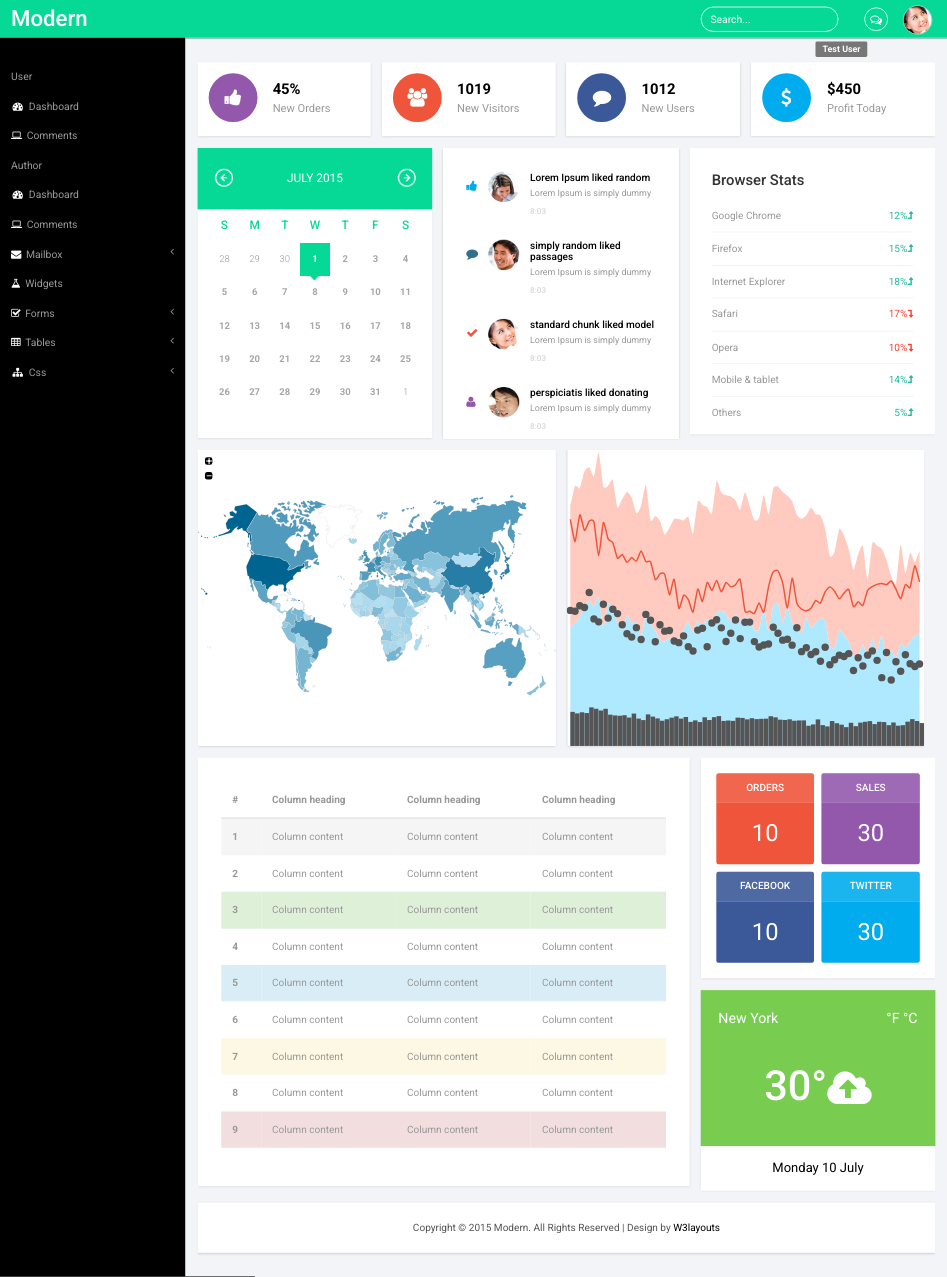
Repository: NomanMustafa/laravel-blog
Page: http://localhost/dashboard
The author's editor kept a copy of each file at every save. The page is drawn from the files as they stood at one save, then again after the next save.
The browser window is 1280 px wide. The pictures show the whole page, at 74% of full size.
The page is served by the project's Laravel application, run on PHP 8.4 with Laravel 8. A made-up administrator, Test User (test@example.com), is signed in.

Above is the page before, as saved 2020-07-05 00:49:42.

After the next save:
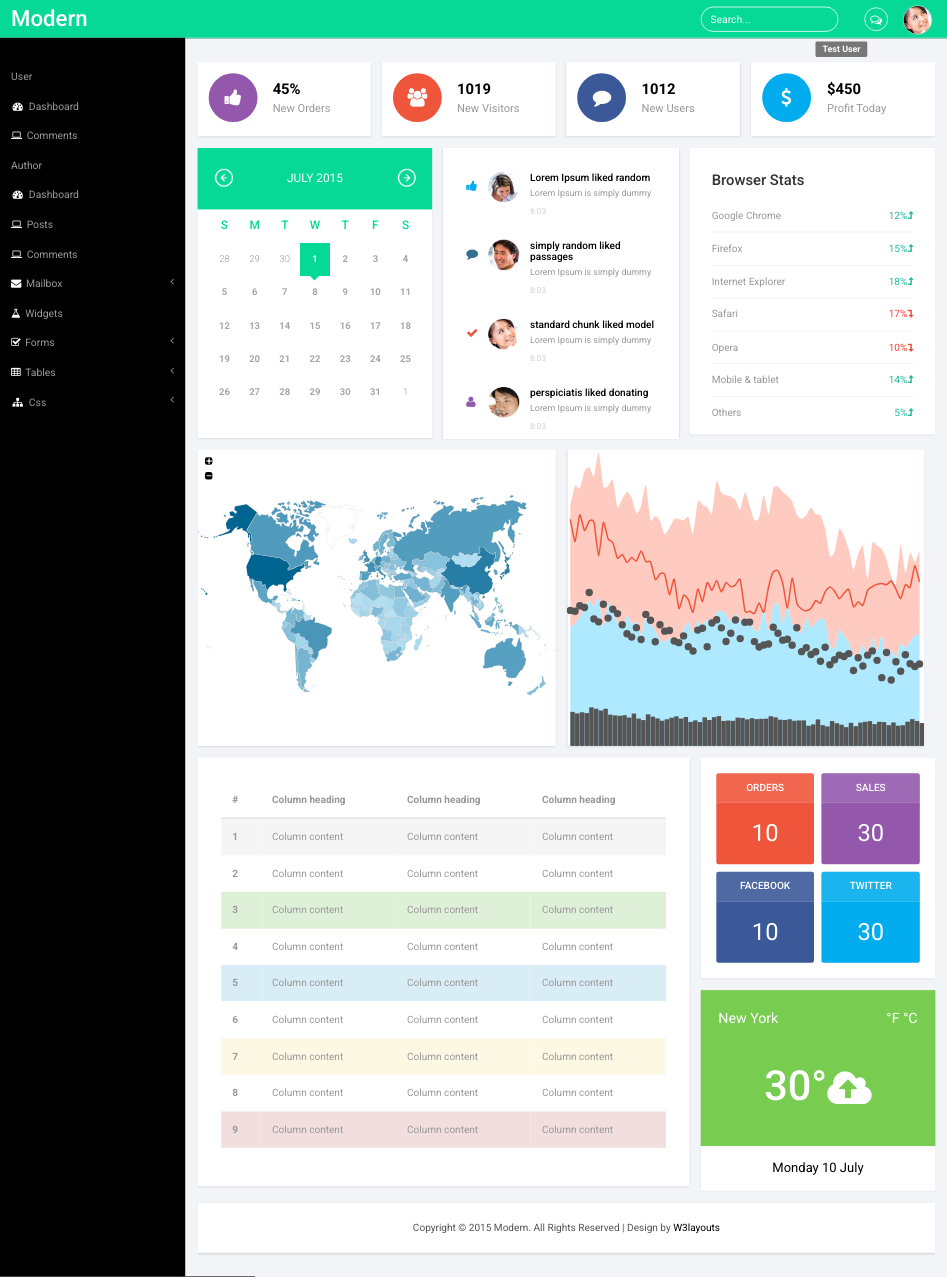
Saved 27 s later.
--- a/resources/views/includes/admin/sideBar.blade.php
+++ b/resources/views/includes/admin/sideBar.blade.php
@@ -17,6 +17,11 @@
             </li>
           <li>
                 <a href="index.html"><i class="fa fa-dashboard fa-fw nav_icon"></i>Dashboard</a>
+            </li>
+            <li>
+                <a href="#"><i class="fa fa-laptop nav_icon"></i>Posts</a>
+
+                <!-- /.nav-second-level -->
             </li>
             <li>
                 <a href="#"><i class="fa fa-laptop nav_icon"></i>Comments</a>
